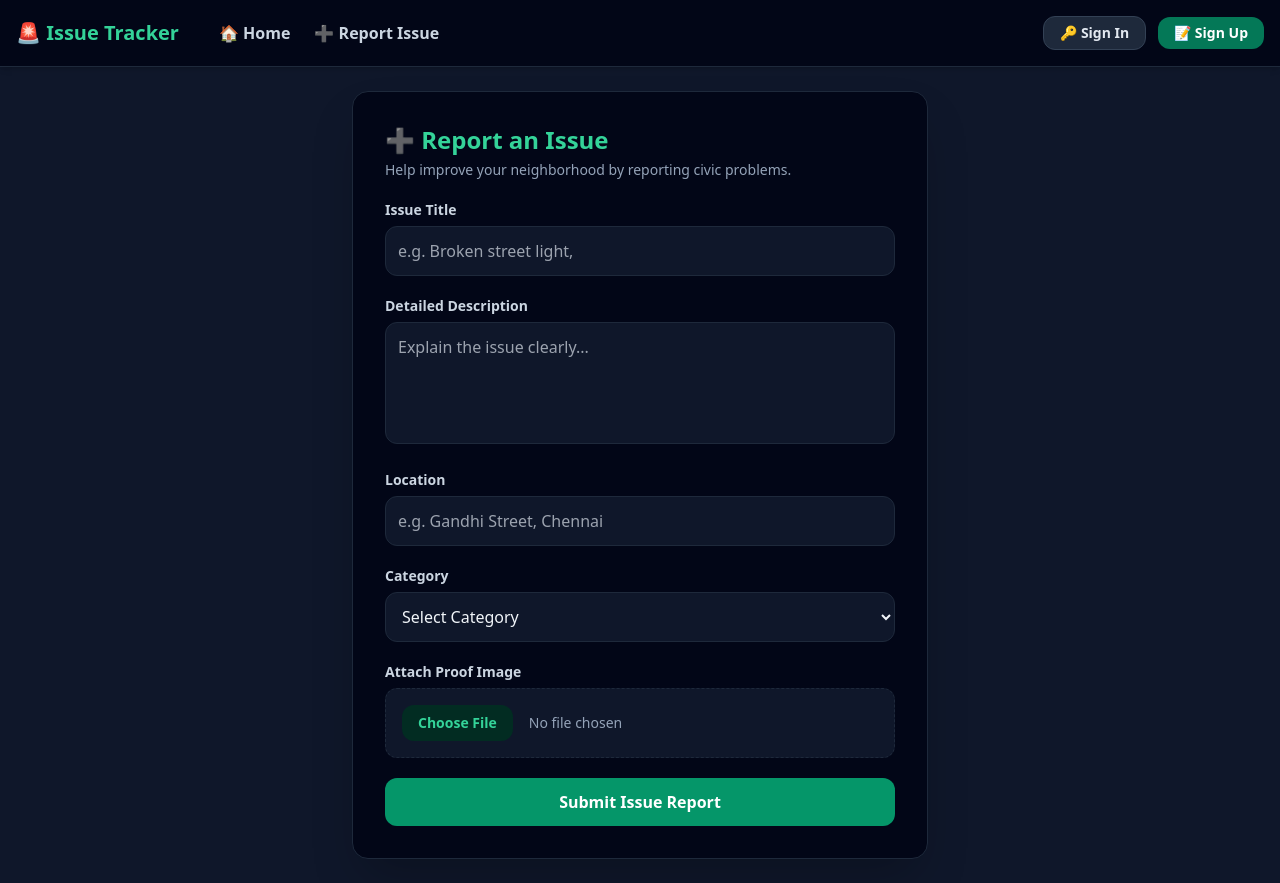
Repository: pugazhendhiprem3-cp/local-issue-management-system-.-.-.
Page: /create-issue (app in my-react-app/)
The author's editor kept a copy of each file at every save. The page is drawn from the files as they stood at one save, then again after a run of saves.
The browser window is 1280 px wide. The pictures show the whole page.
The project was rebuilt for these pictures with package versions that can differ from the ones it lists, and the page was loaded fresh each time. Also part of the build but not shown: my-react-app/vite.config.js, my-react-app/src/pages/IssuesFeed.jsx, my-react-app/src/pages/login.jsx, my-react-app/src/pages/Signup.jsx.

Above is the page before, as saved 2026-05-23 14:17:45.

### my-react-app/index.html
<!doctype html>
<html lang="en">
  <head>
    <meta charset="UTF-8" />
    <link rel="icon" type="image/svg+xml" href="/favicon.svg" />
    <meta name="viewport" content="width=device-width, initial-scale=1.0" />
    <title>my-react-app</title>
  </head>
  <body>
    <div id="root"></div>
    <script type="module" src="/src/main.jsx"></script>
  </body>
</html>

### my-react-app/src/App.jsx
import React, { useState, useEffect } from 'react';
import { BrowserRouter as Router, Routes, Route, Link } from 'react-router-dom';

import CreateIssue from './pages/CreateIssue';
import IssuesFeed from './pages/IssuesFeed';
import Login from './pages/Login';
import Signup from './pages/Signup';

// 🟢 Home Page
const Home = () => {
  return (
    <div className="space-y-10">

      {/* Welcome Banner */}
      <div className="text-center mt-12 p-8 bg-slate-950 rounded-xl border border-slate-800 max-w-xl mx-auto shadow-2xl">

        <h1 className="text-3xl font-bold text-emerald-400 mb-4">
          🚨 Local Issue Tracker
        </h1>

        <p className="text-slate-400 mb-6">
          Track and report civic issues in your neighborhood instantly.
        </p>

        <Link
          to="/create-issue"
          className="inline-block bg-emerald-600 hover:bg-emerald-500 text-white font-bold py-2.5 px-6 rounded transition duration-200"
        >
          Report a New Issue Now
        </Link>
      </div>

      {/* Live Feed */}
      <IssuesFeed />

    </div>
  );
};

function App() {

  // 🟢 Authentication State
  const [isAuthenticated, setIsAuthenticated] = useState(false);

  // 🟢 Check token on page load
  useEffect(() => {
    const token = localStorage.getItem('token');
    setIsAuthenticated(!!token);
  }, []);

  // 🟢 Logout Function
  const handleLogout = () => {
    localStorage.removeItem('token');
    localStorage.removeItem('role');

    setIsAuthenticated(false);

    window.location.href = '/';
  };

  return (
    <Router>

      <div className="min-h-screen bg-slate-900 text-white">

        {/* ================= NAVBAR ================= */}
        <nav className="p-4 bg-slate-950 border-b border-slate-800 flex justify-between items-center shadow-md">

          {/* Left Side */}
          <div className="flex gap-6 items-center">

            <div className="text-xl font-bold text-emerald-400 mr-4">
              🚨 Issue Tracker
            </div>

            <Link
              to="/"
              className="text-slate-300 font-semibold hover:text-emerald-400 transition-colors"
            >
              🏠 Home
            </Link>

            <Link
              to="/create-issue"
              className="text-slate-300 font-semibold hover:text-emerald-400 transition-colors"
            >
              ➕ Report Issue
            </Link>

          </div>

          {/* Right Side */}
          <div className="flex gap-3 items-center">

            {isAuthenticated ? (

              // 🟢 SHOW LOGOUT BUTTON
              <button
                onClick={handleLogout}
                className="bg-red-950 hover:bg-red-900 text-red-200 border border-red-800 font-semibold py-1.5 px-4 rounded-xl transition duration-200 text-sm"
              >
                🛑 Sign Out
              </button>

            ) : (

              // 🟢 SHOW LOGIN + SIGNUP
              <>
                <Link
                  to="/login"
                  className="bg-slate-800 hover:bg-slate-700 text-slate-200 border border-slate-700 font-semibold py-1.5 px-4 rounded-xl transition duration-200 text-sm"
                >
                  🔑 Sign In
                </Link>

                <Link
                  to="/signup"
                  className="bg-emerald-700 hover:bg-emerald-600 text-white font-semibold py-1.5 px-4 rounded-xl transition duration-200 text-sm"
                >
                  📝 Sign Up
                </Link>
              </>

            )}

          </div>

        </nav>

        {/* ================= ROUTES ================= */}
        <div className="container mx-auto px-4 py-6">

          <Routes>

            {/* Home */}
            <Route path="/" element={<Home />} />

            {/* Create Issue */}
            <Route path="/create-issue" element={<CreateIssue />} />

            {/* Login */}
            <Route
              path="/login"
              element={
                <Login setIsAuthenticated={setIsAuthenticated} />
              }
            />

            {/* Signup */}
            <Route
              path="/signup"
              element={<Signup />}
            />

          </Routes>

        </div>

      </div>

    </Router>
  );
}

export default App;

### my-react-app/src/pages/CreateIssue.jsx
import React, { useState } from 'react';
import { useNavigate } from 'react-router-dom';
import API from '../services/api';

const CreateIssue = () => {

    // 🟢 Full Form State
    const [formDataState, setFormDataState] = useState({
        title: '',
        description: '',
        location: '',
        category: '',
    });

    const [imageFile, setImageFile] = useState(null);

    const [loading, setLoading] = useState(false);
    const [error, setError] = useState('');

    const navigate = useNavigate();

    // 🟢 Handle Input Changes
    const handleChange = (e) => {
        setFormDataState({
            ...formDataState,
            [e.target.name]: e.target.value
        });
    };

    // 🟢 Handle Image Upload
    const handleFileChange = (e) => {
        setImageFile(e.target.files[0]);
    };

    // 🟢 Submit Form
    const handleSubmit = async (e) => {

        e.preventDefault();

        setLoading(true);
        setError('');

        try {

            // 🟢 MULTIPART FORM DATA
            const formData = new FormData();

            formData.append('title', formDataState.title);
            formData.append('description', formDataState.description);
            formData.append('location', formDataState.location);
            formData.append('category', formDataState.category);

            if (imageFile) {
                formData.append('image', imageFile);
            }

            // 🟢 API REQUEST
            await API.post('/issues', formData, {
                headers: {
                    'Content-Type': 'multipart/form-data'
                }
            });

            alert('🎉 Issue Report Submitted Successfully!');

            navigate('/');

        } catch (err) {

            console.error(err);

            setError(
                err.response?.data ||
                'Failed to submit issue.'
            );

        } finally {
            setLoading(false);
        }
    };

    return (

        <div className="flex justify-center items-center min-h-[80vh]">

            <form
                onSubmit={handleSubmit}
                className="bg-slate-950 border border-slate-800 p-8 rounded-2xl shadow-2xl w-full max-w-xl space-y-5"
            >

                {/* HEADER */}
                <div>

                    <h2 className="text-2xl font-bold text-emerald-400">
                        ➕ Report an Issue
                    </h2>

                    <p className="text-slate-400 text-sm mt-1">
                        Help improve your neighborhood by reporting civic problems.
                    </p>

                </div>

                {/* ERROR */}
                {error && (
                    <div className="bg-red-950/50 border border-red-800 text-red-400 text-sm p-3 rounded-xl text-center">
                        ⚠️ {error}
                    </div>
                )}

                {/* TITLE */}
                <div>

                    <label className="block text-sm font-semibold text-slate-300 mb-1.5">
                        Issue Title
                    </label>

                    <input
                        type="text"
                        name="title"
                        value={formDataState.title}
                        onChange={handleChange}
                        placeholder="e.g. Broken street light, "
                        required
                        className="w-full p-3 rounded-xl bg-slate-900 border border-slate-800 focus:outline-none focus:border-emerald-500 text-slate-100"
                    />

                </div>

                {/* DESCRIPTION */}
                <div>

                    <label className="block text-sm font-semibold text-slate-300 mb-1.5">
                        Detailed Description
                    </label>

                    <textarea
                        name="description"
                        value={formDataState.description}
                        onChange={handleChange}
                        placeholder="Explain the issue clearly..."
                        required
                        rows="4"
                        className="w-full p-3 rounded-xl bg-slate-900 border border-slate-800 focus:outline-none focus:border-emerald-500 text-slate-100 resize-none"
                    />

                </div>

                {/* LOCATION */}
                <div>

                    <label className="block text-sm font-semibold text-slate-300 mb-1.5">
                        Location
                    </label>

                    <input
                        type="text"
                        name="location"
                        value={formDataState.location}
                        onChange={handleChange}
                        placeholder="e.g. Gandhi Street, Chennai"
                        className="w-full p-3 rounded-xl bg-slate-900 border border-slate-800 focus:outline-none focus:border-emerald-500 text-slate-100"
                    />

                </div>

                {/* CATEGORY */}
                <div>

                    <label className="block text-sm font-semibold text-slate-300 mb-1.5">
                        Category
                    </label>

                    <select
                        name="category"
                        value={formDataState.category}
                        onChange={handleChange}
                        className="w-full p-3 rounded-xl bg-slate-900 border border-slate-800 focus:outline-none focus:border-emerald-500 text-slate-100"
                    >
                        <option value="">Select Category</option>
                        <option value="ROAD">Road</option>
                        <option value="WATER">Water</option>
                        <option value="ELECTRICAL">Electrical</option>
                        <option value="GARBAGE">Garbage</option>
                        <option value="DRAINAGE">Drainage</option>
                        <option value="STREETLIGHT">Street Light</option>
                        <option value="OTHERS">Others</option>
                    </select>

                </div>

                {/* IMAGE */}
                <div>

                    <label className="block text-sm font-semibold text-slate-300 mb-1.5">
                        Attach Proof Image
                    </label>

                    <div className="w-full bg-slate-900 border border-slate-800 rounded-xl p-4 border-dashed">

                        <input
                            type="file"
                            accept="image/*"
                            onChange={handleFileChange}
                            className="w-full text-sm text-slate-400 file:mr-4 file:py-2 file:px-4 file:rounded-xl file:border-0 file:text-sm file:font-semibold file:bg-emerald-950 file:text-emerald-400 hover:file:bg-emerald-900 cursor-pointer"
                        />

                    </div>

                </div>

                {/* BUTTON */}
                <button
                    type="submit"
                    disabled={loading}
                    className="w-full bg-emerald-600 hover:bg-emerald-500 disabled:bg-emerald-800 text-white font-bold p-3 rounded-xl transition duration-200"
                >
                    {loading ? 'Submitting...' : 'Submit Issue Report'}
                </button>

            </form>

        </div>
    );
};

export default CreateIssue;

### my-react-app/src/services/api.js
import axios from 'axios';

const API = axios.create({
    baseURL: 'http://localhost:8080'
});

// Automatically intercept every outgoing HTTP request and attach the JWT token
API.interceptors.request.use((config) => {
    const token = localStorage.getItem('token');
    if (token) {
        config.headers.Authorization = `Bearer ${token}`;
    }
    return config;
}, (error) => {
    return Promise.reject(error);
});

export default API;

Loaded but not shown: my-react-app/src/main.jsx (common file); my-react-app/src/index.css (common file); my-react-app/tailwind.config.js (common file)

After the next 2 saves:
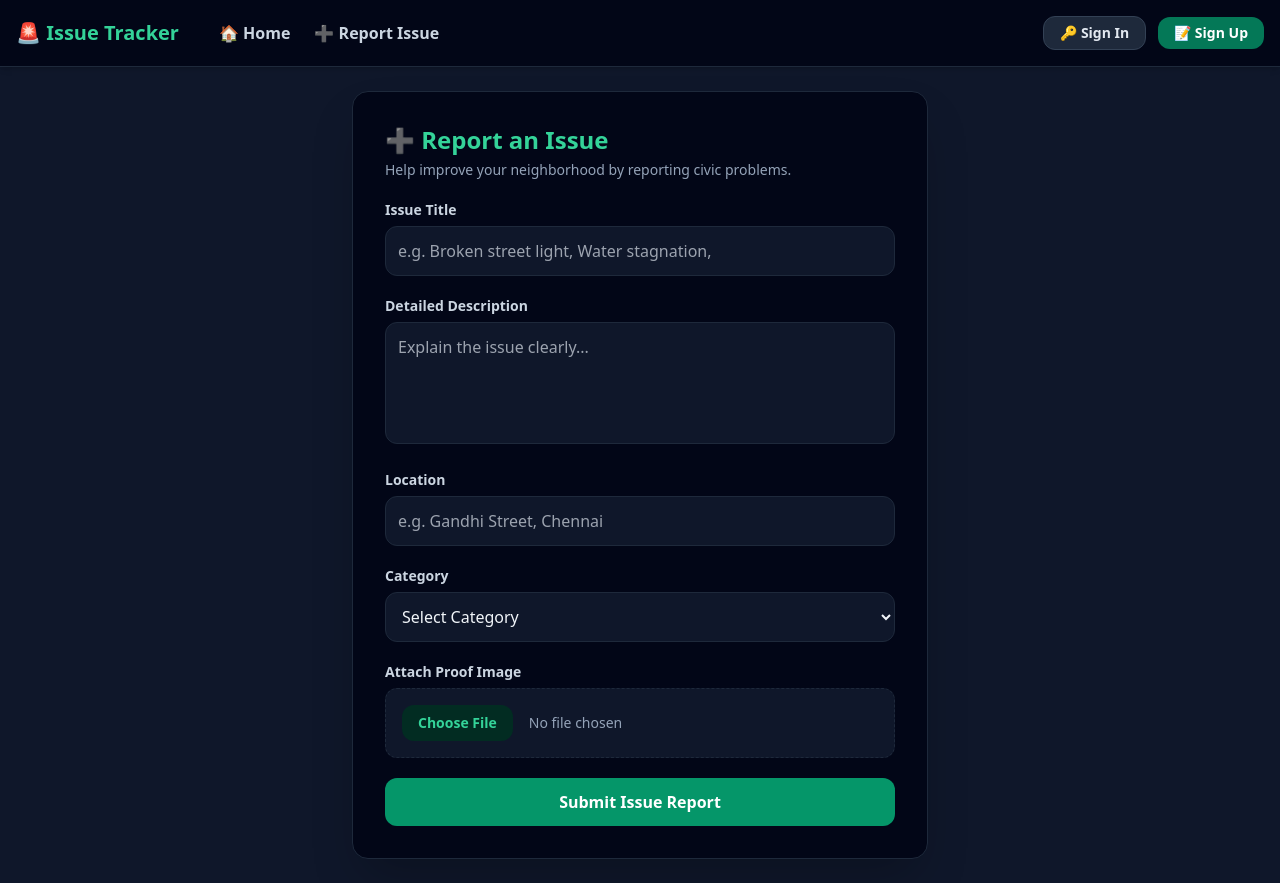
The 2 saves are shown as one change because they came seconds apart.
The last was saved 86 s later.
--- a/my-react-app/src/pages/CreateIssue.jsx
+++ b/my-react-app/src/pages/CreateIssue.jsx
@@ -120,7 +120,7 @@ const CreateIssue = () => {
                         name="title"
                         value={formDataState.title}
                         onChange={handleChange}
-                        placeholder="e.g. Broken street light, "
+                        placeholder="e.g. Broken street light, Water stagnation, "
                         required
                         className="w-full p-3 rounded-xl bg-slate-900 border border-slate-800 focus:outline-none focus:border-emerald-500 text-slate-100"
                     />
